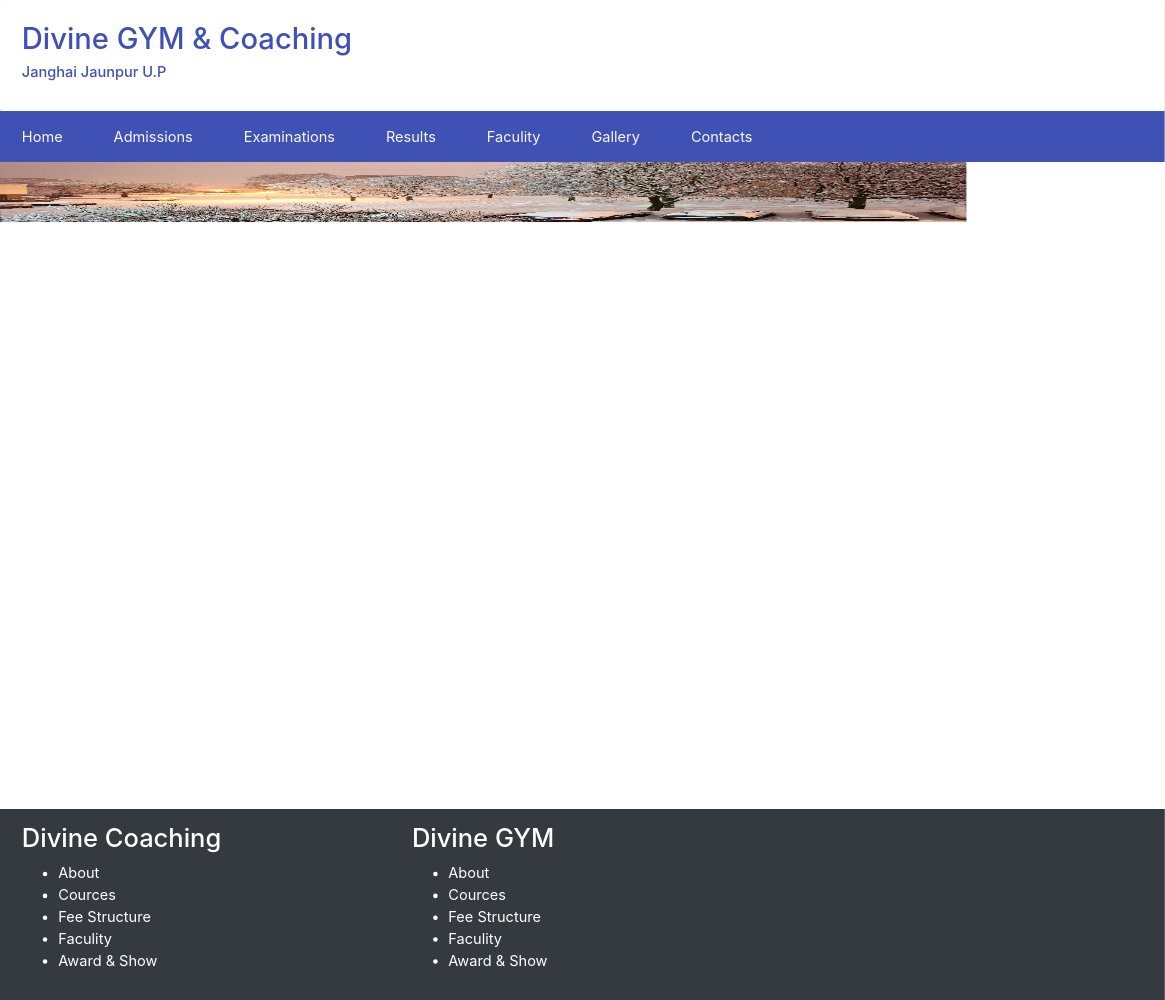
Repository: lalji-yadav/vikash-Coaching-frontend
Page: /gallery
These files come from the project's save history. The page is drawn as it stood at one moment and after the next save; the edit follows.
The browser window is 1280 px wide. The pictures show the whole page, at 91% of full size.
The project was rebuilt for these pictures with package versions that can differ from the ones it lists, and the page was loaded fresh each time. Also part of the build but not shown: src/index.css, src/home/home.js, src/component/admission/admission.js, src/component/examination/examination.js, src/component/results/result.js, src/component/faculity/faculity.js.

Above is the page before, as saved 2021-04-10 21:57:25.

### public/index.html
<!DOCTYPE html>
<html lang="en">
  <head>
    <meta charset="utf-8" />
    <link rel="icon" href="%PUBLIC_URL%/favicon.ico" />
    <meta name="viewport" content="width=device-width, initial-scale=1" />
    <meta name="theme-color" content="#000000" />
    <meta
      name="description"
      content="Web site created using create-react-app"
    />


    <link rel="preconnect" href="https://fonts.gstatic.com">
    <link href="https://fonts.googleapis.com/css2?family=Open+Sans:wght@400;700&display=swap" rel="stylesheet">

    <link rel="apple-touch-icon" href="%PUBLIC_URL%/logo192.png" />
    <!--
      manifest.json provides metadata used when your web app is installed on a
      user's mobile device or desktop. See https://developers.google.com/web/fundamentals/web-app-manifest/
    -->
    <link rel="manifest" href="%PUBLIC_URL%/manifest.json" />


    <link rel="preconnect" href="https://fonts.gstatic.com">
<link href="https://fonts.googleapis.com/css2?family=Open+Sans&display=swap" rel="stylesheet">
    <!--
      Notice the use of %PUBLIC_URL% in the tags above.
      It will be replaced with the URL of the `public` folder during the build.
      Only files inside the `public` folder can be referenced from the HTML.

      Unlike "/favicon.ico" or "favicon.ico", "%PUBLIC_URL%/favicon.ico" will
      work correctly both with client-side routing and a non-root public URL.
      Learn how to configure a non-root public URL by running `npm run build`.
    -->
    <title>React App</title>
  </head>
  <body>
    <noscript>You need to enable JavaScript to run this app.</noscript>
    <div id="root"></div>
    <!--
      This HTML file is a template.
      If you open it directly in the browser, you will see an empty page.

      You can add webfonts, meta tags, or analytics to this file.
      The build step will place the bundled scripts into the <body> tag.

      To begin the development, run `npm start` or `yarn start`.
      To create a production bundle, use `npm run build` or `yarn build`.
    -->
  </body>
</html>

### src/App.js
import React from 'react';
import Header from "../src/header/header"
import { BrowserRouter } from 'react-router-dom';
import Footer from '../src/footer/footer'


function App() {
  return (
    <div style={{overflowX:"hidden"}}>

      <BrowserRouter>
          <Header />
      </BrowserRouter>


      {/* <Routers /> */}


      <Footer />

    </div>
  );
}

export default App;

### src/header/header.js
import React, { Component } from 'react';
import   "./headers.css"
import {Navbar, Nav, NavDropdown,Button,Dropdown} from 'react-bootstrap';
import { Card } from '@material-ui/core';
import {
    BrowserRouter as Router,
    Switch,
    Route,
    Link
  } from "react-router-dom";
import Routers from "../router/router"

class header extends Component {
    render() {
        return (
            <div>
                <Card className="py-4 pl-4">
                    <h2 style={{color:"#3f51b5"}}>Divine GYM & Coaching </h2>
                    <h6 style={{color:"#3f51b5"}}>Janghai Jaunpur U.P</h6>
                </Card>

                <Navbar style={{backgroundColor:"#3f51b5"}} variant="light" expand="lg">
                    <Navbar.Toggle aria-controls="basic-navbar-nav" />
                    <Navbar.Collapse id="basic-navbar-nav">
                    <Nav className="text-light">
                        <Nav.Link className="text-light pr-5" as={Link} to="/home">Home</Nav.Link>
                        <Nav.Link className="text-light pr-5" as={Link} to="/admission">Admissions</Nav.Link>
                        <Nav.Link className="text-light pr-5" as={Link} to="/examination">Examinations</Nav.Link>
                        <Nav.Link className="text-light pr-5" as={Link} to="/results">Results</Nav.Link>
                        <Nav.Link className="text-light pr-5" as={Link} to="/faculity">Faculity</Nav.Link>
                        <Nav.Link className="text-light pr-5" as={Link} to="/gallery">Gallery</Nav.Link>
                        <Nav.Link className="text-light pr-5" as={Link} to="/service">Contacts</Nav.Link>

                    </Nav>
                    </Navbar.Collapse>
                </Navbar>

                <Routers> </Routers>

            </div>
        );
    }
}

export default header;

### src/footer/footer.js
import React, { Component } from 'react';
// import { Card } from 'react-bootstrap';

class footer extends Component {
    render() {
        return (
              <div className="row bg-dark text-white mt-5 py-3 pl-4">

                  <div className="col-sm-4">
                  <h3> Divine Coaching </h3>
                  <ul>
                         <li> About </li>
                         <li> Cources </li>
                         <li> Fee Structure </li>
                         <li> Faculity </li>
                         <li> Award & Show </li>
                     </ul>
                  </div>

                  <div className="col-sm-4">
                  <h3> Divine GYM </h3>
                  <ul>
                         <li> About </li>
                         <li> Cources </li>
                         <li> Fee Structure </li>
                         <li> Faculity </li>
                         <li> Award & Show </li>
                     </ul>
                  </div>
              </div>
        );
    }
}

export default footer;

### src/header/headers.css
.header {
    color: black;
    font-size: 2vw;
    padding: 25px 10px 25px 10px;
    background-color: rgb(150, 153, 150);
}
.nav.navbar-nav.navbar-right li a {
    color: blue;
}
.nav-link {
    color: white;
  }
#nav-link {
   color: white;
}
a:hover {
    color: wheat;
}
@media (min-width: 992px) {
.navbar-expand-lg .navbar-nav .nav-link {
    padding-right: 5.5rem;
    padding-left: 5.5rem;
}
}

### src/router/router.js
import React, { Component } from 'react';
import {
    Switch,
    Route,
    Link
  } from "react-router-dom";
  import Home from '../home/home'
  import Admission from "../component/admission/admission"
  import Examination from "../component/examination/examination"
  import Result from "../component/results/result"
  import Faculity from "../component/faculity/faculity"
import Gallery from '../component/gallery/gallery';

class router extends Component {
    render() {
        return (
            <div>
                   <Switch>
                    <Route exact path="/" component={Home} />
                    <Route exact path="/home" component={Home} />
                    <Route exact path="/admission" component={Admission} />
                    <Route exact path="/examination" component={Examination} />
                    <Route exact path="/results" component={Result} />
                    <Route exact path="/faculity" component={Faculity} />
                    <Route exact path="/gallery" component={Gallery} />
                    </Switch>

            </div>
        );
    }
}

export default router;

### src/component/gallery/gallery.js
import { Height } from '@material-ui/icons';
import React, { Component } from 'react';

class gallery extends Component {
    render() {
        return (
            <div>
                <div className="row">
                    <div className="col-sm-10">

                        <img style={{width:"100%", height:"10%"}} src={process.env.PUBLIC_URL + '/image/gallery/Admin/0 (22) - Copy.jpg'} alt="" />

                    </div>

                    <div className="col-md-5">

                    </div>


                </div>
            </div>
        );
    }
}

export default gallery;

Loaded but not shown: src/index.js (common file); src/serviceWorker.js (common file)

After the next save:
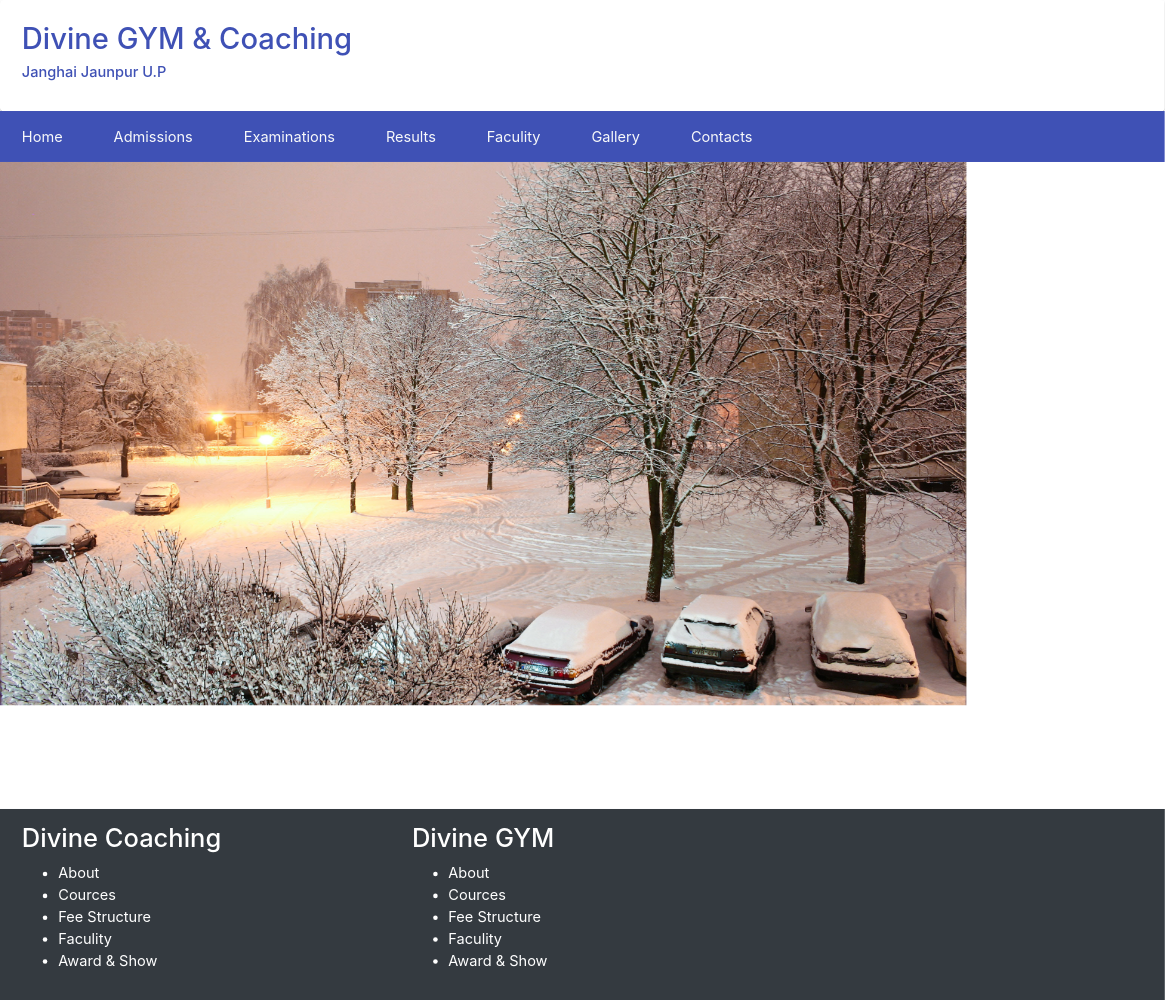
Saved 37 s later.
--- a/src/component/gallery/gallery.js
+++ b/src/component/gallery/gallery.js
@@ -8,7 +8,7 @@ class gallery extends Component {
                 <div className="row">
                     <div className="col-sm-10">
 
-                        <img style={{width:"100%", height:"10%"}} src={process.env.PUBLIC_URL + '/image/gallery/Admin/0 (22) - Copy.jpg'} alt="" />
+                        <img style={{width:"100%", height:"90%"}} src={process.env.PUBLIC_URL + '/image/gallery/Admin/0 (22) - Copy.jpg'} alt="" />
 
                     </div>
 
